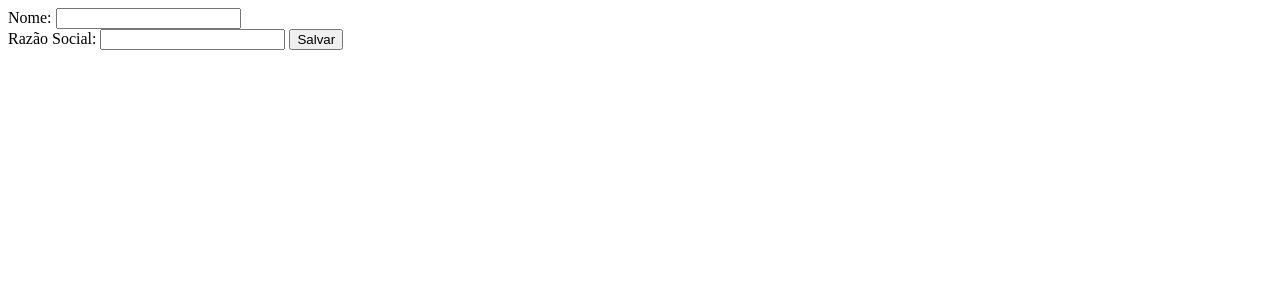
Repository: wwilsoncp/alura-java
Page: http://localhost/gerenciador/listaEmpresas
These files come from the project's save history. The page is drawn as it stood at one moment and after the next save; the edit follows.
The browser window is 1280 px wide. The pictures show the whole page.
The page is served by Tomcat 9.

Above is the page before, as saved 2022-05-06 21:19:08.

After the next save:
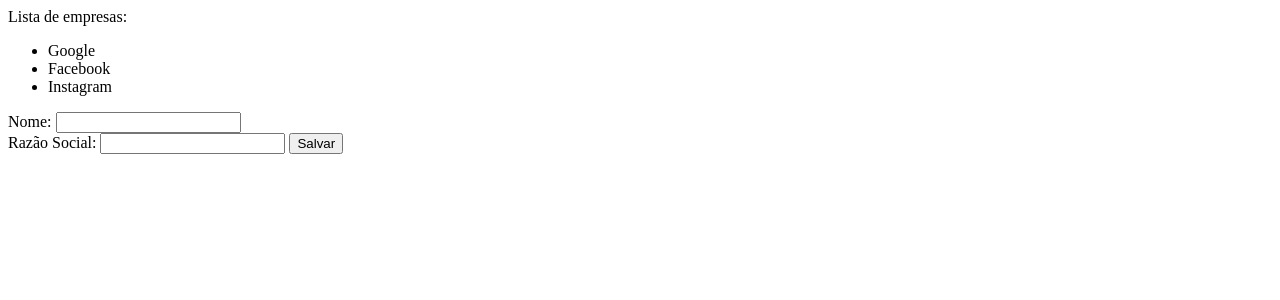
Saved 4 h 43 min later.
--- a/gerenciador/WebContent/listaEmpresas.jsp
+++ b/gerenciador/WebContent/listaEmpresas.jsp
@@ -1,4 +1,8 @@
+<%@ page language="java" contentType="text/html; charset=ISO-8859-1"
+    pageEncoding="ISO-8859-1"%>
+<%@ page import="java.util.List, br.com.alura.gerenciador.servlet.Empresa" %>
 <%@ taglib uri="http://java.sun.com/jsp/jstl/core" prefix="c" %>
+
 <c:url value="/novaEmpresa" var="linkServeletNovaEmpresa"/>
 
 <!DOCTYPE html>
@@ -8,6 +12,14 @@
 <title>Insert title here</title>
 </head>
 <body>
+	Lista de empresas:
+	<ul>
+	  <c:forEach items="${empresas}" var="empresa">
+	  		<li> ${empresa.nome } </li>
+
+	  </c:forEach>
+
+	</ul>
 
 	<form action="${linkServeletNovaEmpresa}" method="post">
 		Nome: <input type="text" name="nome" />
